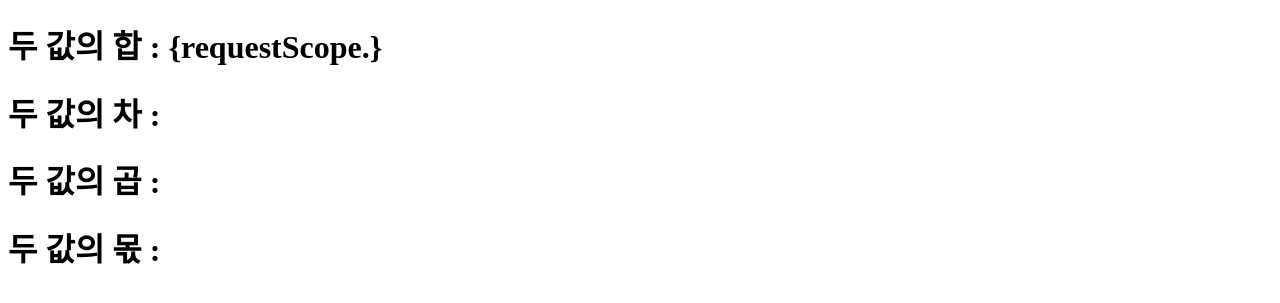
Repository: praivesi/mvc_workspace
Page: http://localhost/mvc/w20190115/nextPage.jsp
An editor plug-in stored every save of this project. The page is shown before and after the next save, followed by the edit.
The browser window is 1280 px wide. The pictures show the whole page.
The page is served by Tomcat 9.

Above is the page before, as saved 2019-01-15 10:48:12.

After the next save:
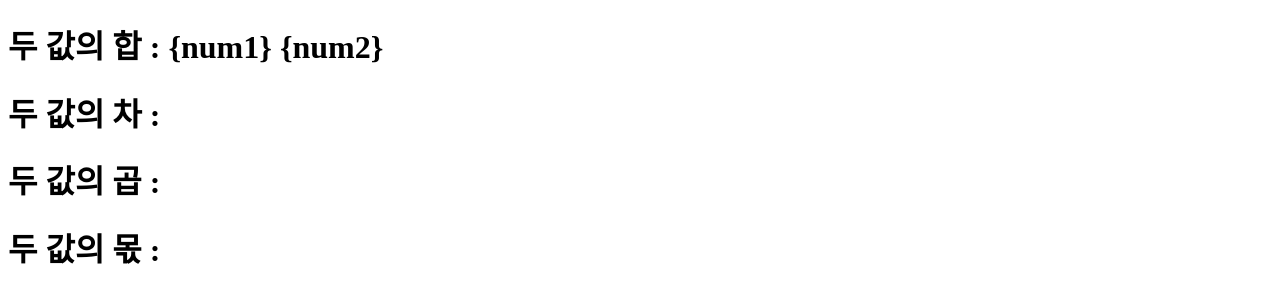
Saved 69 s later.
--- a/mvc/WebContent/w20190115/nextPage.jsp
+++ b/mvc/WebContent/w20190115/nextPage.jsp
@@ -8,7 +8,7 @@
 </head>
 <body>
 	<!-- el로 사칙연산 값 출력해보세요 -->
-	<h1>두 값의 합 : {requestScope.}</h1>
+	<h1>두 값의 합 : {num1} {num2}</h1>
 	<h1>두 값의 차 : </h1>
 	<h1>두 값의 곱 : </h1>
 	<h1>두 값의 몫 : </h1>
